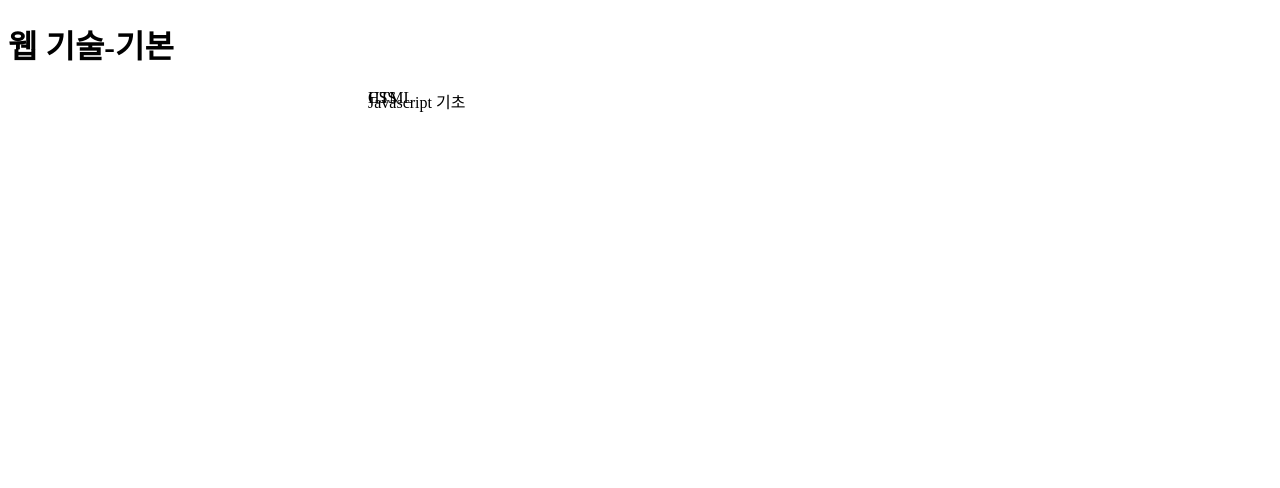
Repository: dudadab/Hhyundaiezwel_Academy
Page: CSS01/src/main/webapp/test1.html
An editor plug-in stored every save of this project. The page is shown before and after the next save, followed by the edit.
The browser window is 1280 px wide. The pictures show the whole page.

Above is the page before, as saved 2025-07-02 06:13:52.

### CSS01/src/main/webapp/test1.html
<!DOCTYPE html>
<html>
<head>
<meta charset="UTF-8">
<title>Insert title here</title>
	<style type="text/css">
		ul {list-style-type:none;}
		/*목록을 좌에서 우로 표현 : display 속성 변경 -> li 태그 display 속성*/
		li {
			display:inline;
			position:absolute;
			margin-left:25%;
		}

	</style>
</head>
<body>
	<h1>웹 기술-기본</h1>
	<ul>
		<li id="HTML">HTML</li>
		<li id="CSS">CSS</li>
		<li id="Javascript">Javascript 기초</li>
	</ul>
</body>
</html>

After the next save:
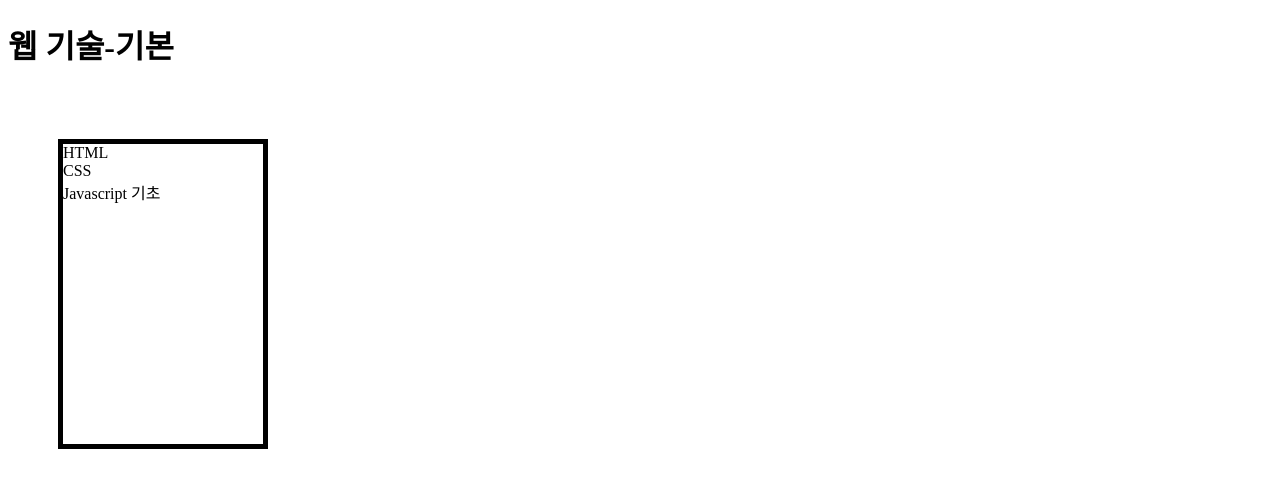
Saved 3 min 6 s later.
--- a/CSS01/src/main/webapp/test1.html
+++ b/CSS01/src/main/webapp/test1.html
@@ -4,22 +4,23 @@
 <meta charset="UTF-8">
 <title>Insert title here</title>
 	<style type="text/css">
-		ul {list-style-type:none;}
-		/*목록을 좌에서 우로 표현 : display 속성 변경 -> li 태그 display 속성*/
-		li {
-			display:inline;
-			position:absolute;
-			margin-left:25%;
-		}
+		#parent {
+    		position:absolute;
+    		width:200px;
+    		height:300px;
+    		border:solid 5px #000;
+    		margin:50px 0 0 50px;
+    	}
+
 
 	</style>
 </head>
 <body>
 	<h1>웹 기술-기본</h1>
-	<ul>
-		<li id="HTML">HTML</li>
-		<li id="CSS">CSS</li>
-		<li id="Javascript">Javascript 기초</li>
-	</ul>
+	<div id="parent">
+        <div id="HTML">HTML</div>
+        <div id="CSS">CSS</div>
+        <div id="Javascript">Javascript 기초</div>
+	</div>
 </body>
 </html>
